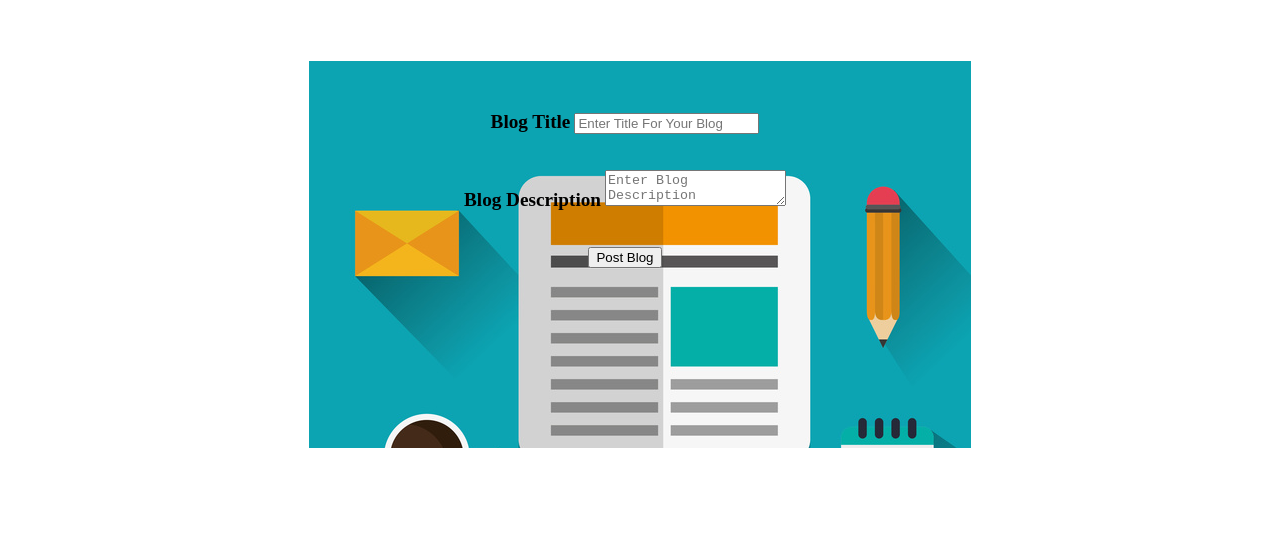
Repository: NeeleshPoojari/Project-2
Page: frontend_project2/WebContent/views/blogpostform.html
These files come from the project's save history. The page is drawn as it stood at one moment and after the next save; the edit follows.
The browser window is 1280 px wide. The pictures show the whole page.

Above is the page before, as saved 2017-07-17 16:02:53.

### frontend_project2/WebContent/views/blogpostform.html
<link href="css/registrationform.css" media="all" rel="stylesheet"
	type="text/css" />
<div class="middle"
	style="margin-top: 60px; background-image: url('images/Blog1.jpg');">

	<form>
		<div align="center">
			<div class="row">
				<div class="form-group col-xs-12">
					<label><b><big>Blog Title</big></b></label> <input
						ng-model="blogPost.title" placeholder="Enter Title For Your Blog"
						class="form-control input-lg">
				</div>
			</div>
             <br><br>
			<div class="row">
				<label><big><b>Blog Description</b></big></label>
				<textarea ng-model="blogPost.description"
					placeholder="Enter Blog Description" class="form-control input-lg"></textarea>

			</div>
                  <br><br>

				<button class="btn btn-success" ng-click="saveBlogPost()">Post
					Blog</button>

		<br><br><br><br>
	</form>




</div>

<!--
<form>
<table>

<tr>
<td>Enter Blog Title</td>
<td><input ng-model="blogPost.title"></td>
</tr>

<tr>
<td>Enter Blog Description</td>
<td><textarea ng-model="blogPost.description"></textarea></td>
 </tr>


<td>
<button class="btn btn-default" ng-click="saveBlogPost()">Post Blog</button>
</td>

</table>





</form> -->

### frontend_project2/WebContent/css/registrationform.css
.middle {
	border: 1px solid white;
	background-color: #d6d6c2;
	padding-top: 50px;
	padding-right: 50px;
	padding-bottom: 110px;
	padding-left: 20px;
	margin-left: 300px;
	margin-right: 300px;
}

After the next save:
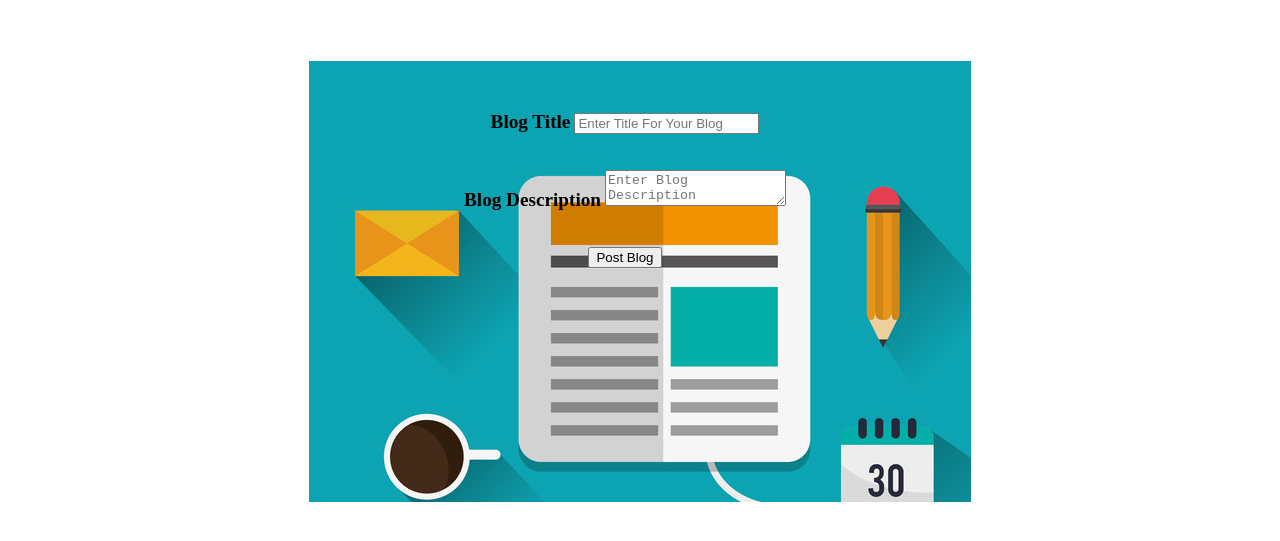
Saved 23 s later.
--- a/frontend_project2/WebContent/views/blogpostform.html
+++ b/frontend_project2/WebContent/views/blogpostform.html
@@ -24,7 +24,7 @@
 				<button class="btn btn-success" ng-click="saveBlogPost()">Post
 					Blog</button>
 
-		<br><br><br><br>
+		<br><br><br><br><br><br><br>
 	</form>
 
 
